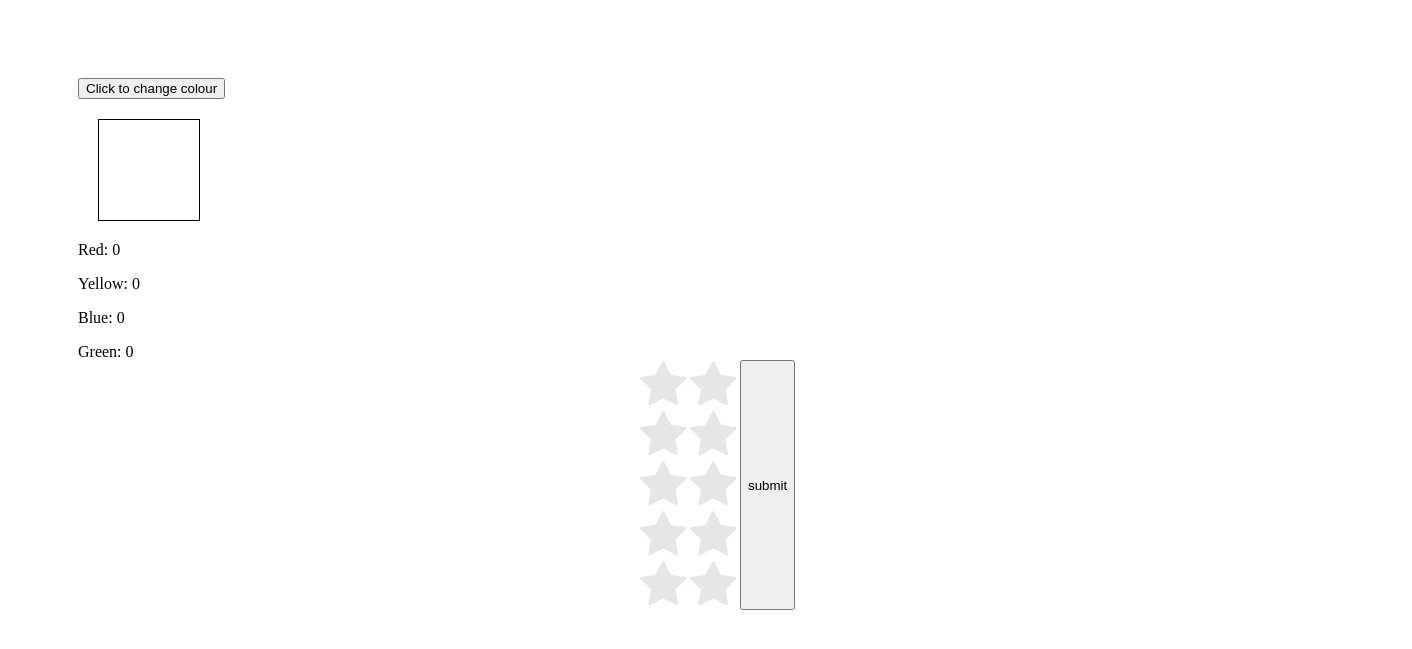
Repository: samalty/star-rating-system-js-test
Page: home.html
The author's editor kept a record of every edit. The page is drawn from the files as they stood at one moment, then again after the next edit.
The browser window is 1280 px wide. The page is 1412 px wide, so the pictures cover 1412 px, including what lies to the right of the window. The pictures show the whole page.

Above is the page before.

After the next edit:
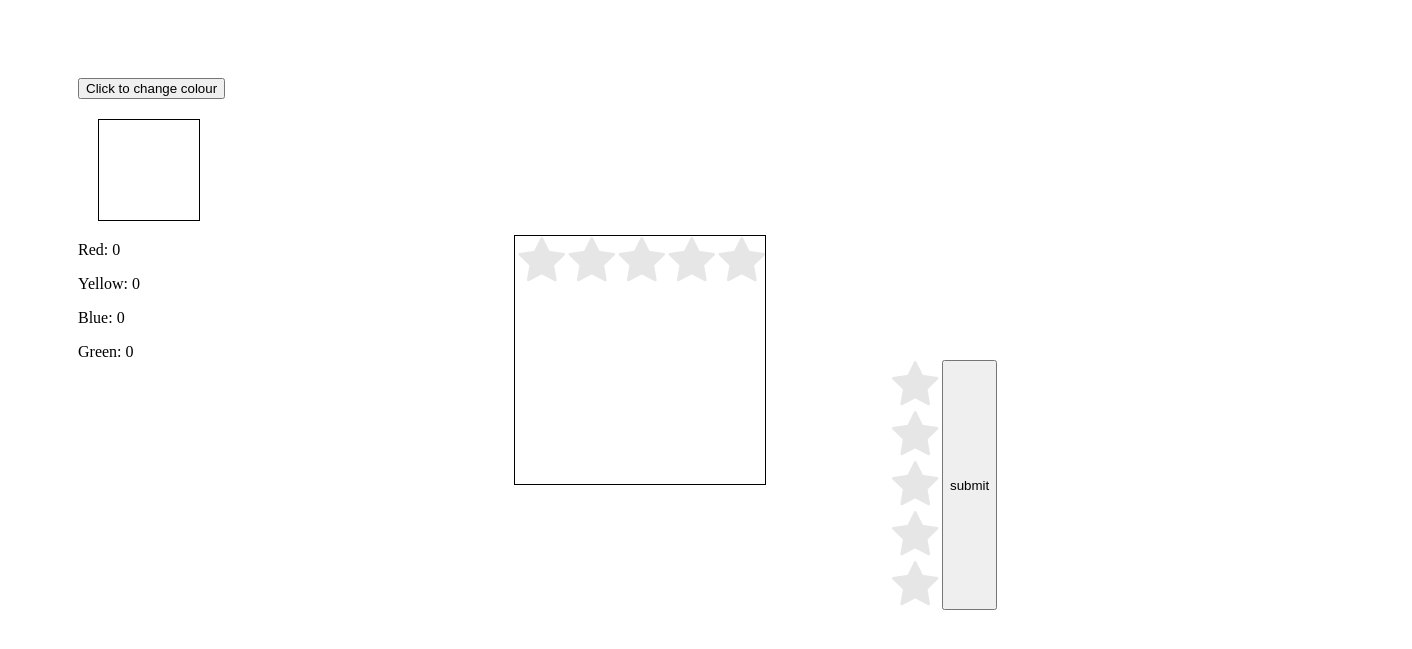
The edit:
--- a/home.html
+++ b/home.html
@@ -19,7 +19,7 @@
         </div>
         <div class="container">
             <form name="stars" class="starsForm" onsubmit="return overallRating()">
-                <div class="starContainer1">
+                <div class="fundingStarContainer">
                     <input type="radio" name="star" class="star" id="star5" value="5"><label for="star5">
                     </label>
                     <input type="radio" name="star" class="star" id="star4" value="4"><label for="star4">
